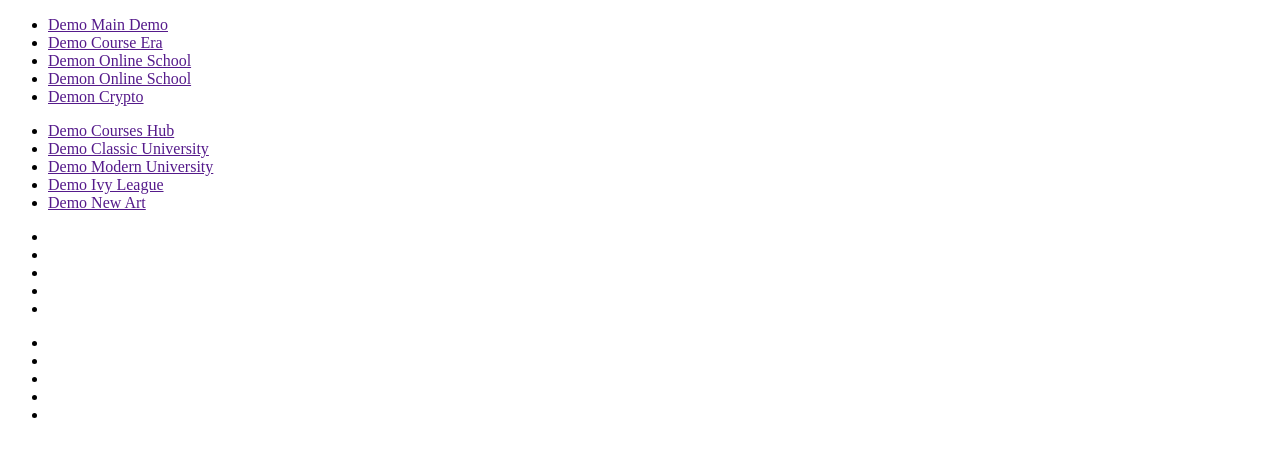
Repository: ibrkhalil/EduWebsite
Page: test.html
The author's editor kept a copy of each file at every save. The page is drawn from the files as they stood at one save, then again after a run of saves.
The browser window is 1280 px wide. The pictures show the whole page.

Above is the page before, as saved 2020-11-18 15:04:07.

After the next 2 saves:
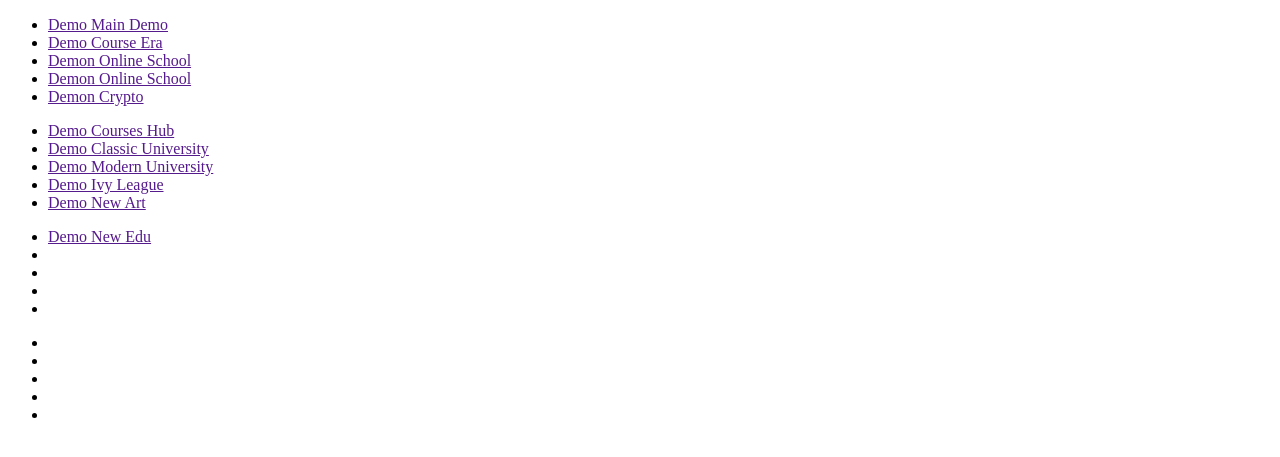
The 2 saves are shown as one change because they came seconds apart.
The last was saved 11 s later.
--- a/test.html
+++ b/test.html
@@ -21,8 +21,8 @@
         <li><a href="">Demo New Art</a></li>
     </ul>
     <ul>
+        <li><a href="">Demo New Edu</a></li>
         <li><a href=""></a></li>
-        <li></li>
         <li></li>
         <li></li>
         <li></li>
